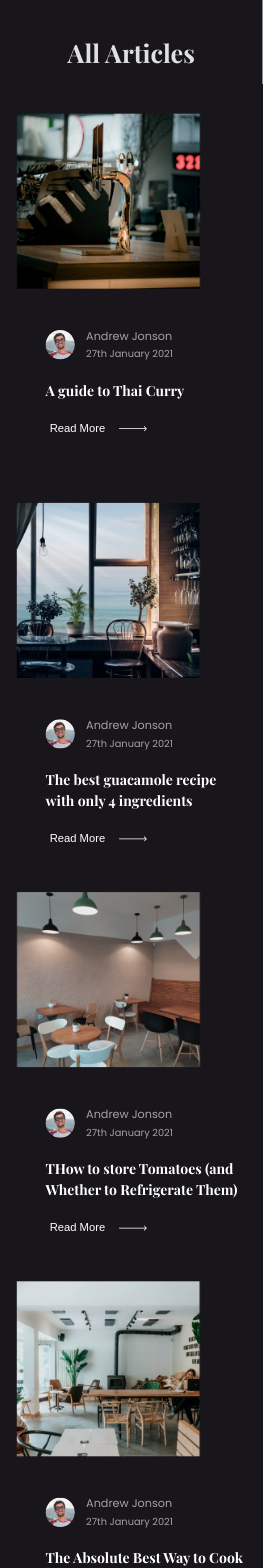
Repository: Minns-Cao/project-finsweet
Page: blog.html
The author's editor kept a copy of each file at every save. The page is drawn from the files as they stood at one save, then again after the next save.
The browser window is 375 px wide. The pictures show the part of the page from y = 2059 to 4299 px (the page is 5871 px tall), at 70% of full size.
Some web fonts or font styles are not loaded; a fallback is used.

Above is the page before, as saved 2023-05-05 10:43:51.

After the next save:
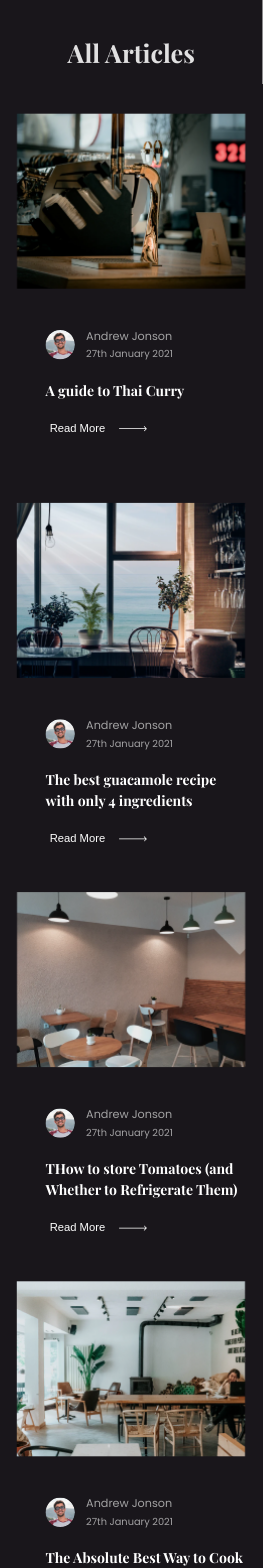
Saved 7 s later.
--- a/assets/css/style_blog.css
+++ b/assets/css/style_blog.css
@@ -314,7 +314,7 @@
     }
 
     .articles .item .thumb {
-        width: 80%;
+        width: 100%;
         height: 250px;
 
     }
